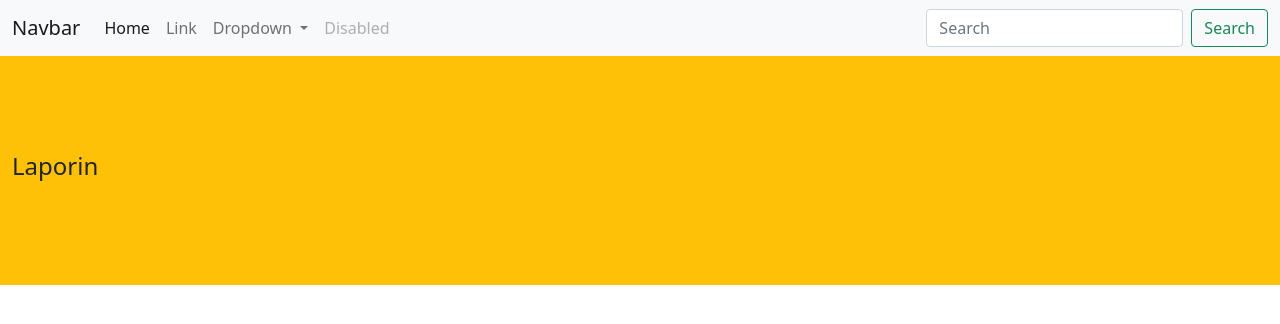
Repository: khulqu15/pengaduan2
Page: http://localhost/
The author's editor kept a copy of each file at every save. The page is drawn from the files as they stood at one save, then again after the next save.
The browser window is 1280 px wide. The pictures show the whole page.
The page is served by the project's Laravel application, run on PHP 8.4 with Laravel 8.

Above is the page before, as saved 2021-02-23 20:24:53.

After the next save:
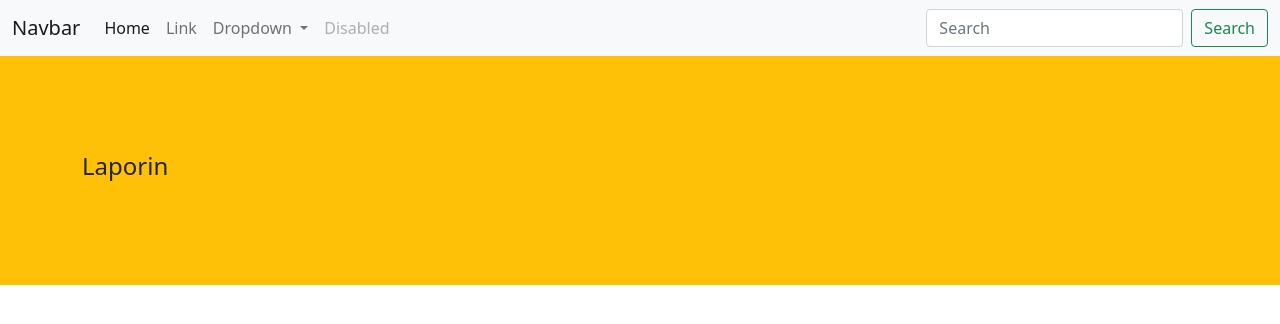
Saved 10 s later.
--- a/resources/views/welcome.blade.php
+++ b/resources/views/welcome.blade.php
@@ -4,9 +4,11 @@
 
 @section('content')
     <div class="container-fluid bg-warning py-5">
-        <div class="row py-5">
-            <div class="col-md-6">
-                <h4>Laporin</h4>
+        <div class="container">
+            <div class="row py-5">
+                <div class="col-md-6">
+                    <h4>Laporin</h4>
+                </div>
             </div>
         </div>
     </div>
